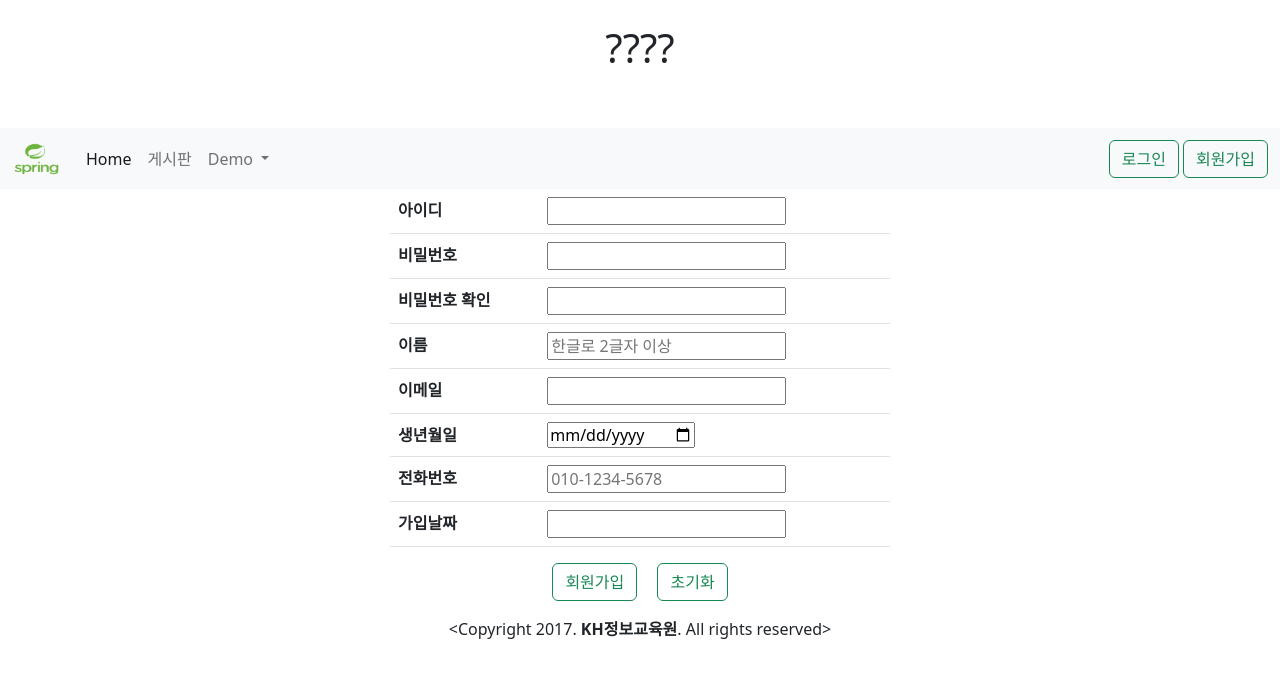
Repository: yerimeee/06_springWork
Page: http://localhost/springProject/WEB-INF/views/member/memberDetail.jsp
These files come from the project's save history. The page is drawn as it stood at one moment and after the next save; the edit follows.
The browser window is 1280 px wide. The pictures show the whole page.
The page is served by Tomcat 9. Nobody is signed in. Other server files are loaded and not shown. The template is opened directly, without the code that normally fills it, so the values that code supplies are empty.

Above is the page before, as saved 2023-06-15 06:20:03.

### springProject/src/main/webapp/WEB-INF/views/member/memberDetail.jsp
<%@ page language="java" contentType="text/html; charset=UTF-8"
    pageEncoding="UTF-8"%>

<style>
	#container{width:500px; margin:auto;}
</style>
<jsp:include page="/WEB-INF/views/common/header.jsp">
	<jsp:param value="회원정보" name="title"/>
</jsp:include>
	<div id="container">
		<form action="${pageContext.request.contextPath}/member/memberEnroll.me" method="post" name="enrollfrm">
			<table class="table">
				<tr>
					<th scope="col">아이디</th>
					<td scope="col">
						<input name="userId" required>
					</td>
				</tr>
				<tr>
					<th scope="col">비밀번호</th>
					<td scope="col">
						<input type="password" name="userPwd">
					</td>
				</tr>
				<tr>
					<th scope="col">비밀번호 확인</th>
					<td scope="col">
						<input type="password" name="pwdCheck" required>
					</td>
				</tr>
					<tr>
					<th scope="col">이름</th>
					<td scope="col">
						<input name="userName" placeholder="한글로 2글자 이상" required>
					</td>
				</tr>
					<tr>
					<th scope="col">이메일</th>
					<td scope="col">
						<input type="email" name="email">
					</td>
				</tr>
					<tr>
					<th scope="col">생년월일</th>
					<td scope="col">
						<input type="date" name="birthday">
					</td>
				</tr>
				<tr>
					<th scope="col">전화번호</th>
					<td scope="col">
						<input name="phone" placeholder="010-1234-5678">
					</td>
				</tr>
				<tr>
					<th scope="col">가입날짜</th>
					<td scope="col">
						<input name="createDate" required>
					</td>
				</tr>
			</table>
			<button class="btn btn-outline-success" type="submit" >회원가입</button>&emsp;
			<button class="btn btn-outline-success" type="reset">초기화</button>
		</form>
	</div>
<jsp:include page="/WEB-INF/views/common/footer.jsp" />

### springProject/src/main/webapp/WEB-INF/views/common/header.jsp
<%@ page language="java" contentType="text/html; charset=UTF-8"
    pageEncoding="UTF-8"%>
<%@ taglib prefix="c" uri="http://java.sun.com/jsp/jstl/core" %>
<%@ taglib prefix="fmt" uri="http://java.sun.com/jsp/jstl/fmt" %>
<%@ taglib prefix="fn" uri="http://java.sun.com/jsp/jstl/functions" %>
<!DOCTYPE html>
<html>
<head>
<meta charset="UTF-8">

<title>${param.title }</title> <!-- input form은 request. 으로 받고 param으로 들어온 건 param으로 받음 -->

<script src="https://ajax.googleapis.com/ajax/libs/jquery/3.6.3/jquery.min.js"></script>
<link href="https://cdn.jsdelivr.net/npm/bootstrap@5.2.3/dist/css/bootstrap.min.css" rel="stylesheet" integrity="sha384-rbsA2VBKQhggwzxH7pPCaAqO46MgnOM80zW1RWuH61DGLwZJEdK2Kadq2F9CUG65" crossorigin="anonymous">
<link rel="stylesheet" href="${pageContext.request.contextPath}/resources/css/style.css">

<!-- DB에 저장이 잘 되었다면 alert창 띄우기 -->
<c:if test="${not empty msg }">
	<script type="text/javascript">
		alert('${msg}');
	</script>
</c:if>

</head>
<body>
	<script src="https://cdn.jsdelivr.net/npm/bootstrap@5.2.3/dist/js/bootstrap.bundle.min.js" integrity="sha384-kenU1KFdBIe4zVF0s0G1M5b4hcpxyD9F7jL+jjXkk+Q2h455rYXK/7HAuoJl+0I4" crossorigin="anonymous"></script>

	<header>
		<br>
		<h1 align="center">${param.title }</h1>
		<br><br>
		<nav class="navbar navbar-expand-lg bg-light">
		  <div class="container-fluid">
		    <a class="navbar-brand" href="#">
		    	<img src="${pageContext.request.contextPath}/resources/img/spring.png" alt="spring" width="50" height="35">
		    </a>
		    <button class="navbar-toggler" type="button" data-bs-toggle="collapse" data-bs-target="#navbarSupportedContent" aria-controls="navbarSupportedContent" aria-expanded="false" aria-label="Toggle navigation">
		      <span class="navbar-toggler-icon"></span>
		    </button>
		    <div class="collapse navbar-collapse" id="navbarSupportedContent">
		      <ul class="navbar-nav me-auto mb-2 mb-lg-0">
		        <li class="nav-item">
		          <a class="nav-link active" aria-current="page" href="#">Home</a>
		        </li>
		        <li class="nav-item">
		          <a class="nav-link" href="#">게시판</a>
		        </li>
		        <li class="nav-item dropdown">
		          <a class="nav-link dropdown-toggle" href="#" role="button" data-bs-toggle="dropdown" aria-expanded="false">
		            Demo
		          </a>
		          <ul class="dropdown-menu">
		            <li><a class="dropdown-item" href="${pageContext.request.contextPath}/demo/devForm.do">Demo등록</a></li>
		            <li><a class="dropdown-item" href="${pageContext.request.contextPath}/demo/devList.do">Demo목록</a></li>
		          </ul>
		        </li>
		      </ul>
		      <%-- <button class="btn btn-outline-success" type="button" onclick="location.href='${pageContext.request.contextPath}/member/memberLogin.me'">로그인</button>&nbsp;--%>
		      																						<!-- 경로 이렇게 설정하면 get방식이 됨 -->

		    <!-- 로그인이 되어있지 않으면 로그인창 -->
		      <c:if test="${empty loginMember }">
		      	<button class="btn btn-outline-success" type="button"
		      		data-bs-toggle="modal" data-bs-target="#loginModal">로그인</button>&nbsp;
		      	<!-- 토글은 한 번 눌렀으면 보여지고 다시 누르면 안 보이는 기능인데 모달 창에서 버튼을 누르면 다른 모달창으로 넘어갈 수 있게 구현한 것임 -->
		      	<button class="btn btn-outline-success" type="button"
		      		onclick="location.href='${pageContext.request.contextPath}/member/memberEnroll.me'">회원가입</button>
		      	<!-- onclikc locatio.href으로 했으니 get방식이 됨 -->
		      </c:if>

		      <!-- 로그인이 되었으면 -->
		      <c:if test="${not empty loginMember }">
		      	<a href="${pageContext.request.contextPath }/member/memberDetail.me">${loginMember.userName }님 로그인 되었습니다</a>&emsp;
		      	<button class="btn btn-outline-success" type="button"
		      		onclick="location.href='${pageContext.request.contextPath}/member/memberLogout.me'">로그아웃</button>
		      </c:if>
		    </div>
		  </div>
		</nav>

		<!-- 로그인 모달창 -->
		<div class="modal" tabindex="-1" id="loginModal">
		  <div class="modal-dialog">
		    <div class="modal-content">
		      <div class="modal-header">
		        <h5 class="modal-title">로그인</h5>
		        <button type="button" class="btn-close" data-bs-dismiss="modal" aria-label="Close"></button>
		      </div>

		      <form action="${pageContext.request.contextPath }/member/memberLogin.me" method="post">
			      <div class="modal-body">
					<div class="mb-3 row">
						<label for="name" class="col-sm-2 col-form-label">ID</label>
						<div class="col-sm-10">
							<input type="text" class="form-control" name="userId" required>
						</div>
					</div>
						<div class="mb-3 row">
							<label for="career" class="col-sm-2 col-form-label">PW</label>
							<div class="col-sm-10">
								<input type="password" class="form-control" name="userPwd" required>
							</div>
						</div>
			      </div>

		      <div class="modal-footer">
		        <button type="button" class="btn btn-secondary" data-bs-dismiss="modal">닫기</button>
		        <button type="submit" class="btn btn-primary" data-bs-dismiss="modal">로그인</button>
		      </div>
		      </form>
		    </div>
		  </div>
		</div>
	</header>
	<section>

</body>
</html>

### springProject/src/main/webapp/WEB-INF/views/common/footer.jsp
<%@ page language="java" contentType="text/html; charset=UTF-8"
    pageEncoding="UTF-8"%>

	</section>
	<footer>
		<p>&lt;Copyright 2017. <strong>KH정보교육원</strong>. All rights reserved&gt;</p>
	</footer>

	</body>
</html>

### springProject/src/main/webapp/resources/css/style.css
@charset "UTF-8";

h1 {text-align:center;}
section {text-align:center;}
footer {text-align:center;}

After the next save:
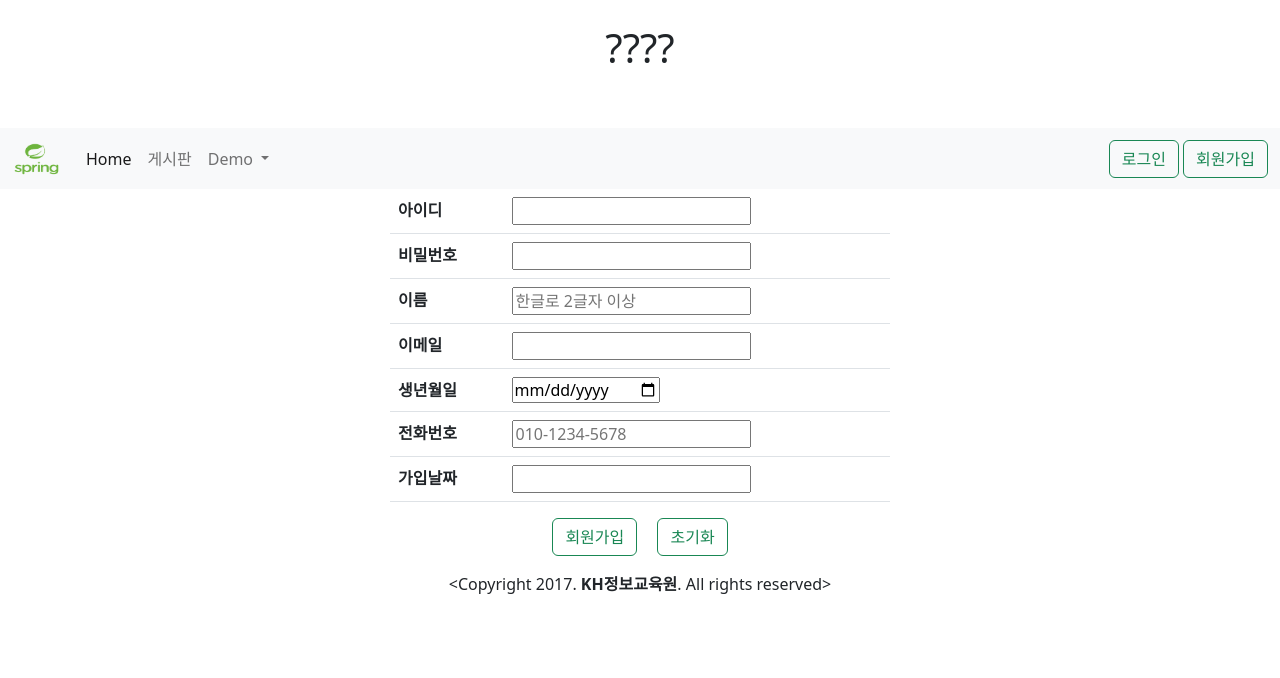
Saved 10 s later.
--- a/springProject/src/main/webapp/WEB-INF/views/member/memberDetail.jsp
+++ b/springProject/src/main/webapp/WEB-INF/views/member/memberDetail.jsp
@@ -23,12 +23,6 @@
 					</td>
 				</tr>
 				<tr>
-					<th scope="col">비밀번호 확인</th>
-					<td scope="col">
-						<input type="password" name="pwdCheck" required>
-					</td>
-				</tr>
-					<tr>
 					<th scope="col">이름</th>
 					<td scope="col">
 						<input name="userName" placeholder="한글로 2글자 이상" required>
